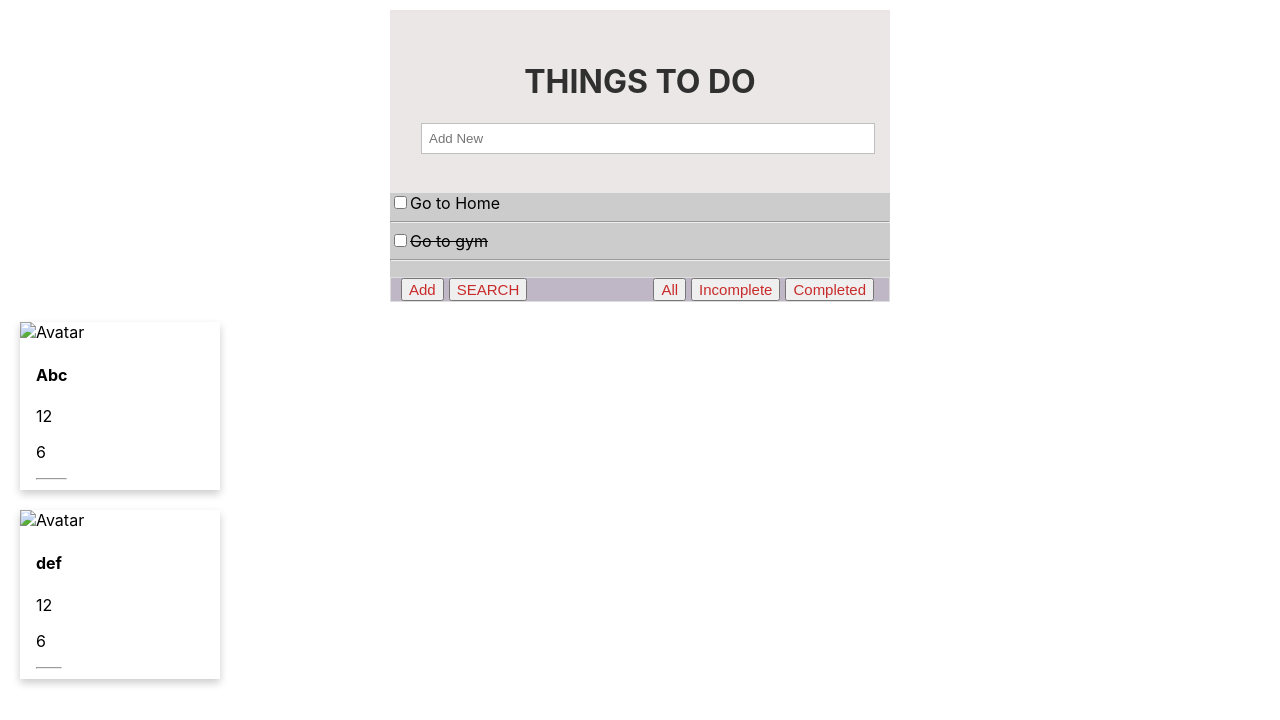
Repository: kirangautam45/To-Do-Application
Page: /
An editor plug-in stored every save of this project. The page is shown before and after a run of saves, followed by the edit.
The browser window is 1280 px wide. The pictures show the whole page.
The project was rebuilt for these pictures with package versions that can differ from the ones it lists, and the page was loaded fresh each time.

Above is the page before, as saved 2022-08-12 11:50:05.

### src/App.js
import "./App.css";
import Tittle from "./components/Tittle";
import Input from "./components/Input";
import ToDoItem from "./components/ToDoItem";
import Footer from "./components/Footer";
import Cards from "./components/cards";
import React from "react";

const todos = [
  {
    task: "Go to Home",
    isCompleted: false,
  },
  {
    task: "Go to gym",
    isCompleted: true,
  },
];
const studentName = [
  { name: "Abc", rollNumber: 12, class: 6 },
  { name: "def", rollNumber: 12, class: 6 },
];

const App = () => {
  return (
    <>
      <div div className="Body">
        <div className="To_Body">
          <Tittle />
          <Input />
        </div>
        {todos.map((item, index) => (
          <ToDoItem
            key={index}
            title={item.task}
            isCompleted={item.isCompleted}
          />
        ))}
        <Footer />
      </div>
      <div className="Card_warp">
        {studentName.map((student, index) => (
          <Cards
            key={index}
            name={student.name}
            roll={student.rollNumber}
            class={student.class}
          />
        ))}
      </div>
    </>
  );
};

export default App;

### src/App.css
.Body {
  background-color: #ccc;
 width: 500px;
 margin: 10px auto;
display: 'flex';

}
.Header{
  text-align: center;
  color:rgb(49, 48, 48);
}
.To_Body{
min-height: fit-content;
justify-content: center;
background-color: #ebe7e7;
padding: 30px;
border: 1px rgb(234, 228, 228);
    border-top-style: none;
    border-right-style: none;
    border-left-style: none;
border-style: solid solid none;
}
.Input_text{
  outline: none;
  width: 100%;
  padding: 7px;
  border: 1px solid  rgb(192, 191, 191);
  margin-bottom: 2%;
}
.Icon{
  justify-content:space-evenly;
  height: auto;
  flex-direction: row;
justify-content: space-between;
border: 1px solid #ddd;
background-color: #bfb7c6;
padding: 12px 20px;
text-decoration: line-through;
margin: 1em auto;
display: flex;
justify-content: space-between;
padding: 0 10px;
}

.Icon_right{
text-align: right;
flex-direction: row;

}
.Icon_button {
  height:auto;
  width: auto;
  align-items: left;
  color: rgb(201, 42, 42);
  font-size: 15px;
  margin-right: 5px;
  cursor: pointer;
  height: 1;
  padding: 5;
}
.Border{
  line-break: auto 1 ;
  border-radius: 1rem;
}
.Text{
  text-decoration: line-through;
    text-decoration-line: line-through;
    text-decoration-style: solid;
    text-decoration-color: currentcolor;
    text-decoration-thickness: auto;
}
.card {
  /* Add shadows to create the "card" effect */
  box-shadow: 0 4px 8px 0 rgba(0,0,0,0.2);
  transition: 0.3s;
  margin-block-start:5rem;
  width: 200px;
margin: 20px;
}

/* On mouse-over, add a deeper shadow */
.card:hover {
  box-shadow: 0 8px 16px 0 rgba(0,0,0,0.2);
}

/* Add some padding inside the card container */
.container {
  padding: 2px 16px;
  width:fit-content;
}
.{}

### src/components/Tittle.js
import React from 'react'

const Tittle = () => {
  return (
    <div>
      <h1 className="Header"> THINGS TO DO</h1>
    </div>
  )
}

export default Tittle

### src/components/Input.js
import React from 'react'

const Input = () => {
  return (
    <div>
      <input className="Input_text" placeholder="Add New" />
    </div>
  )
}

export default Input

### src/components/ToDoItem.js
import React from "react";

const ToDoItem = (props) => {
  return (
    <div className="Box">
      <input type="checkbox" />
      <span className={`${props.isCompleted ? "Text" : ""}`}>
        {props.title}{" "}
      </span>
      <hr />
    </div>
  );
};

export default ToDoItem;

### src/components/Footer.js
import React from 'react'

const Footer = () => {
  return (
    <div>
          <div className="Icon">
              <div>
                <button className="Icon_button">Add</button>
                <button className="Icon_button">SEARCH</button>
              </div>
              <div className="Icon_right">
                <button className="Icon_button">All</button>
                <button className="Icon_button">Incomplete</button>
                <button className="Icon_button">Completed</button>
              </div>
          </div>
    </div>
  )
}

export default Footer

### src/components/cards.js
import React from "react";

const cards = (props) => {
  return (
    <div class="card">
      <img src={props.image} alt="Avatar" width={100} />
      <div class="container">
        <h4>
          <b>{props.name}</b>
        </h4>
        <p>{props.roll}</p>
        <p>{props.class}</p>
        <hr />
      </div>
    </div>
  );
};

export default cards;

Loaded but not shown: public/index.html (common file); src/index.js (common file); src/index.css (common file)

After the next 12 saves:
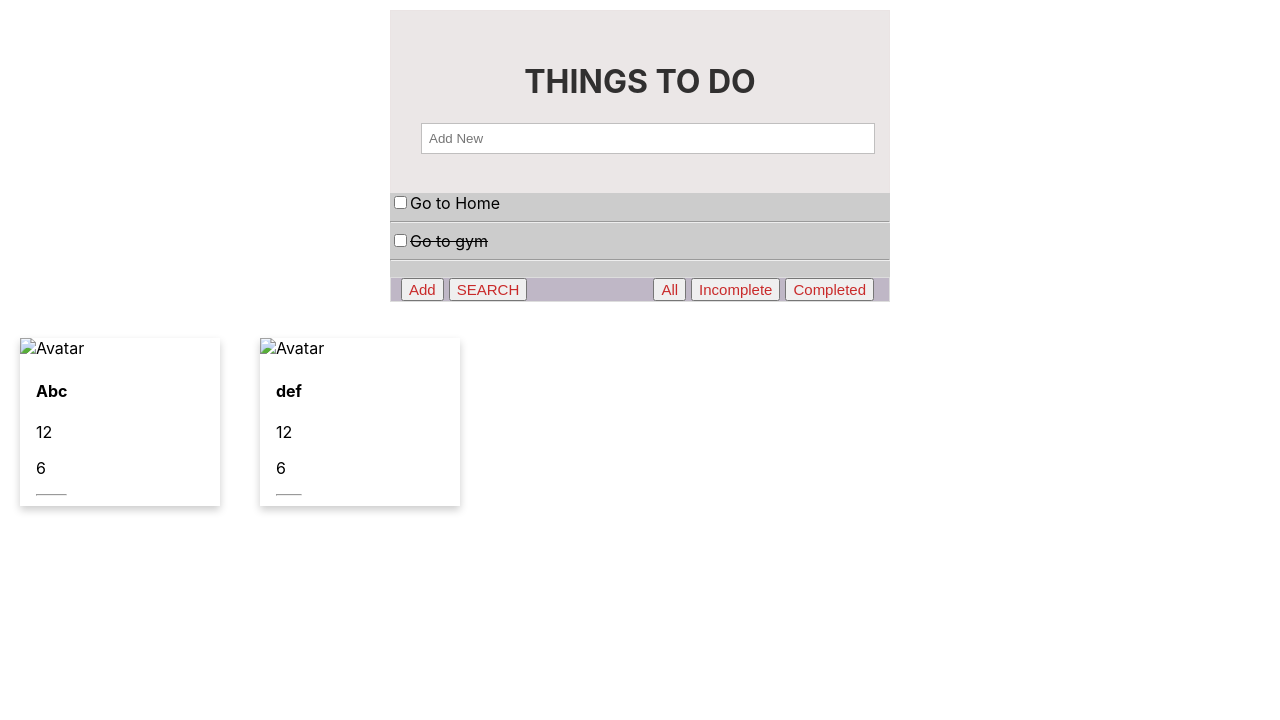
The 12 saves are shown as one change because 5 did not build or start and some came seconds apart.
The last was saved 50 s later.
--- a/src/App.css
+++ b/src/App.css
@@ -88,4 +88,6 @@ margin: 20px;
   padding: 2px 16px;
   width:fit-content;
 }
-.{}
+.Card_warp{
+display:flex;
+}
